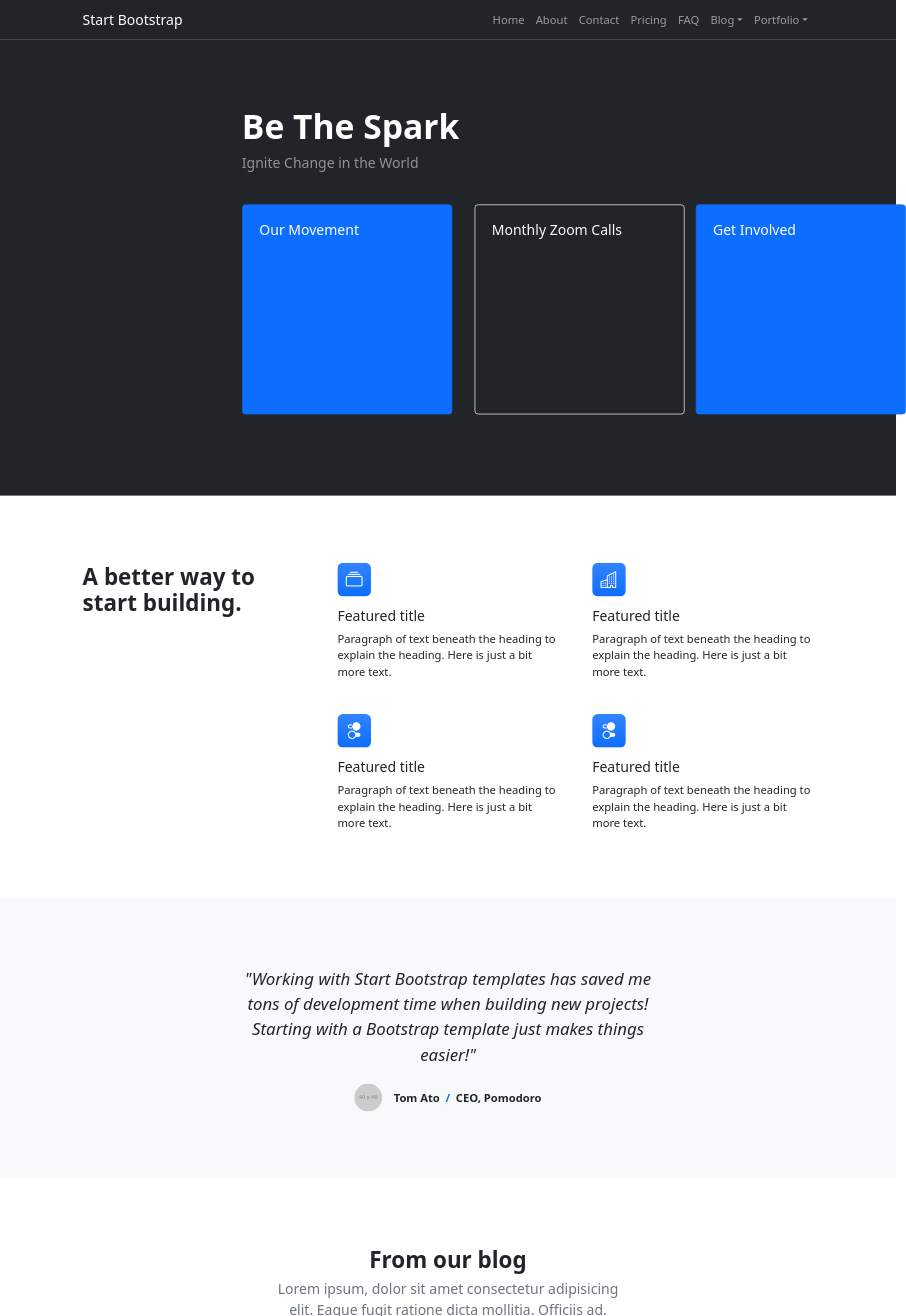
Repository: DragonFruit8/BeTheSpark
Page: index.html
An editor plug-in stored every save of this project. The page is shown before and after the next save, followed by the edit.
The browser window is 1280 px wide. The page is 1294 px wide, then 1280 px, then 1294 px, so the pictures cover 1294 px, including what lies to the right of the window. The pictures show the part of the page from y = 0 to 1880 px (the page is 2852 px tall), at 70% of full size.

Above is the page before, as saved 2024-01-05 08:27:14.

After the next save:
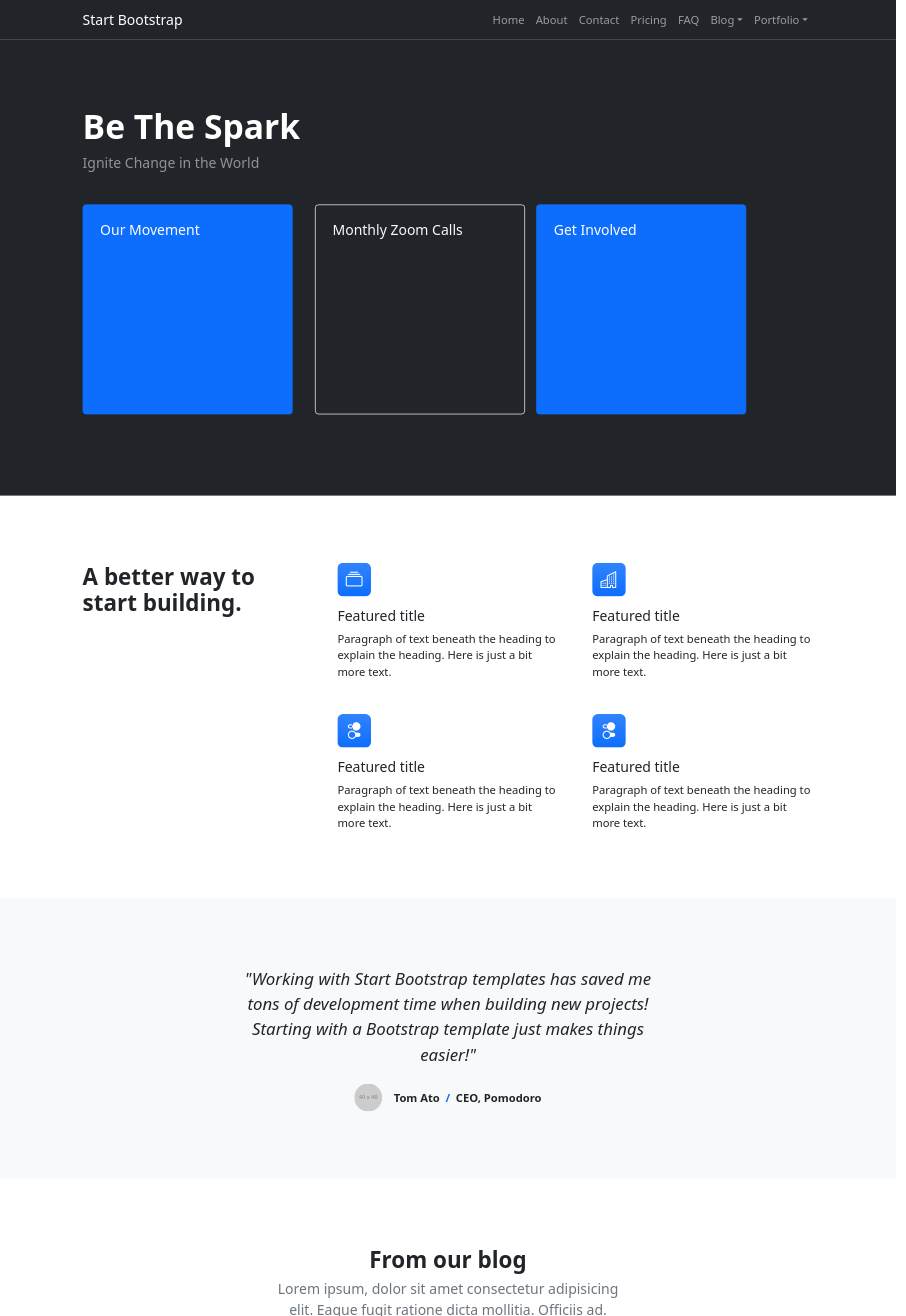
Saved 5 s later.
--- a/index.html
+++ b/index.html
@@ -49,7 +49,7 @@
             <!-- Header-->
             <header class="bg-dark py-5">
                 <div class="container px-5">
-                    <div class="row gx-5 align-items-center justify-content-center">
+                    <div class="row gx-5 align-items-center justify-content-start">
                         <div class="col-lg-8 col-xl-7 col-xxl-6">
                             <div class="my-5 text-center text-xl-start">
                                 <h1 class="display-5 fw-bolder text-white mb-2">Be The Spark</h1>

After the save that followed:
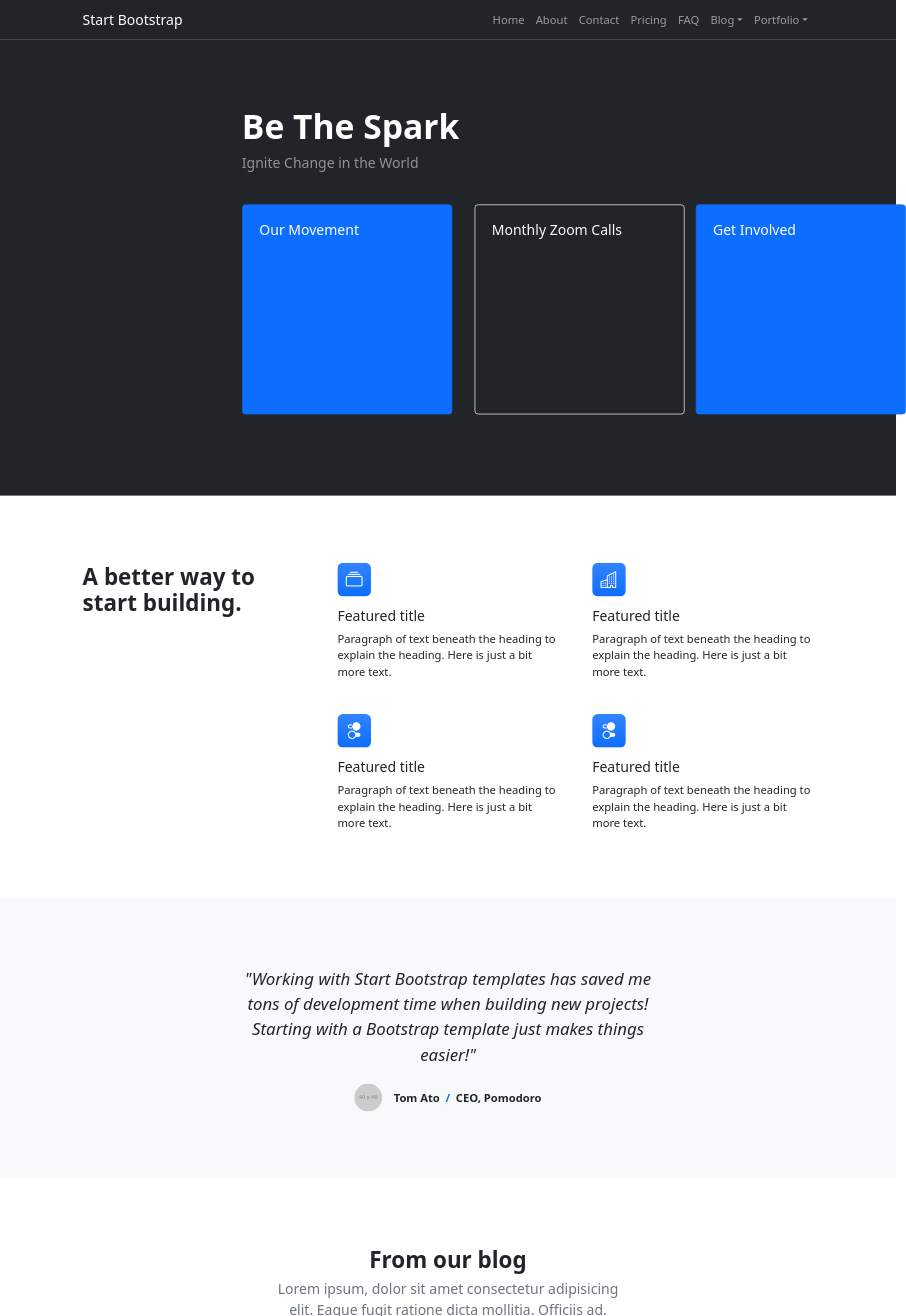
Saved 9 s later.
--- a/index.html
+++ b/index.html
@@ -49,7 +49,7 @@
             <!-- Header-->
             <header class="bg-dark py-5">
                 <div class="container px-5">
-                    <div class="row gx-5 align-items-center justify-content-start">
+                    <div class="row gx-5 align-items-center justify-content-center">
                         <div class="col-lg-8 col-xl-7 col-xxl-6">
                             <div class="my-5 text-center text-xl-start">
                                 <h1 class="display-5 fw-bolder text-white mb-2">Be The Spark</h1>
